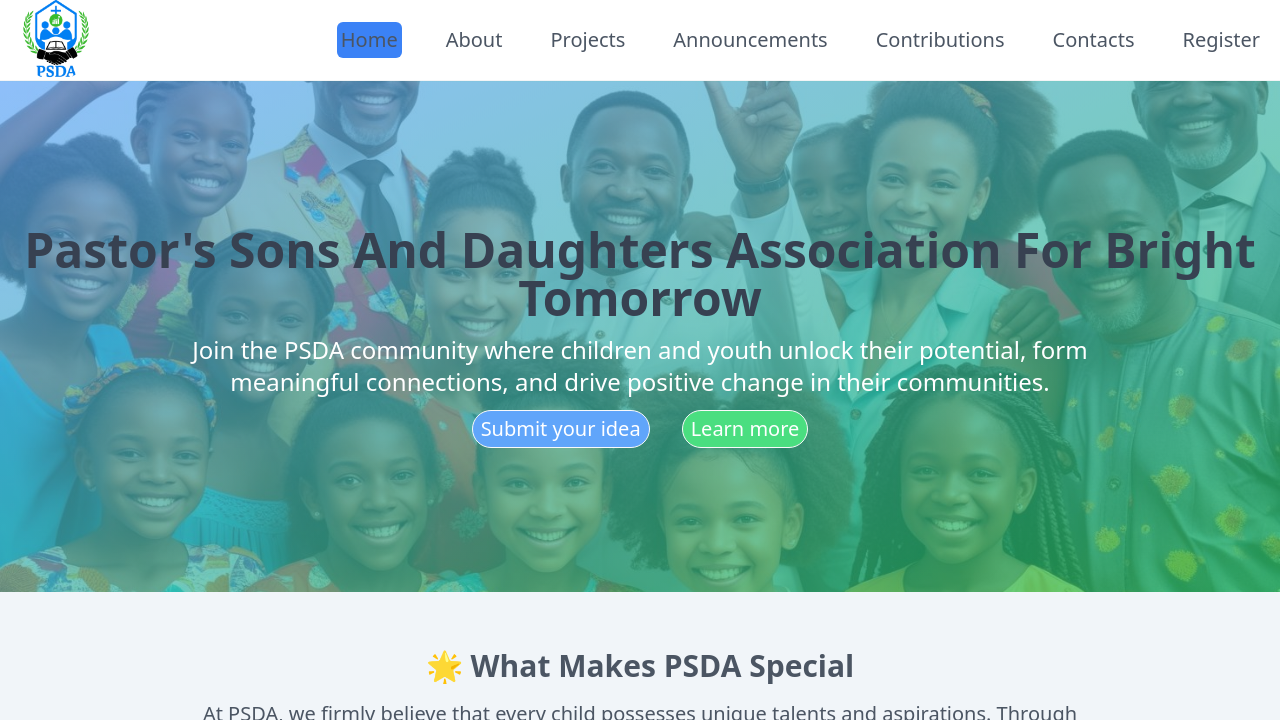
Repository: Zedestar/psda
Page: /
An editor plug-in stored every save of this project. The page is shown before and after the next save, followed by the edit.
The browser window is 1280 px wide. The pictures show the whole page.
An inner scrolling area shows only its first screen. The project was rebuilt for these pictures with package versions that can differ from the ones it lists, and the page was loaded fresh each time. Also part of the build but not shown: src/components/cards/leaders-card.jsx, src/components/cards/secondary-card.jsx, src/components/container/index.jsx, src/pages/about/about-us-data.js, src/pages/about/core-value-data.js, src/pages/about/history-status-data.js, src/pages/about/leaders-data.js, src/pages/about/our-leadership-data.js and 34 more.

Above is the page before, as saved 2025-08-09 13:59:05.

### public/index.html
<!DOCTYPE html>
<html lang="en">
  <head>
    <meta charset="utf-8" />
    <link rel="icon" href="%PUBLIC_URL%/favicon.ico" />
    <meta name="viewport" content="width=device-width, initial-scale=1" />
    <meta name="theme-color" content="#000000" />
    <meta
      name="description"
      content="Web site created using create-react-app"
    />
    <!-- <link rel="apple-touch-icon" href="%PUBLIC_URL%/psdaImage.png" /> -->
    <!-- <link rel="manifest" href="%PUBLIC_URL%/manifest.json" /> -->

    <title>psda</title>
  </head>
  <body>
    <noscript>You need to enable JavaScript to run this app.</noscript>
    <div id="root"></div>

  </body>
</html>

### src/index.js
import React from "react";
import ReactDOM from "react-dom/client";
import App from "./App";
import "./index.css";
import { BrowserRouter } from "react-router-dom";
import GlobalState from "./context";

const root = ReactDOM.createRoot(document.getElementById("root"));
root.render(
  <BrowserRouter>
    <React.StrictMode>
      <GlobalState>
        <App />
      </GlobalState>
    </React.StrictMode>
  </BrowserRouter>
);

### src/App.js
import { Route, Routes } from "react-router-dom";
import Header from "./components/header/header";
import Home from "./pages/home/home";
import AboutPage from "./pages/about/about";
import Projects from "./pages/projects/projects";
import Announcements from "./pages/announcements/announcements";
import Contributions from "./pages/contirbutions/contributions";
import Contacts from "./pages/contacts/contacts";
import Register from "./pages/register/register.jsx";

function App() {
  return (
    <div className="flex flex-col items-center flex-center h-screen  bg-slate-100">
      <Header />
      <Routes>
        <Route path="/" element={<Home />} />
        <Route path="/about" element={<AboutPage />} />
        <Route path="/projects" element={<Projects />} />
        <Route path="/announcements" element={<Announcements />} />
        <Route path="/contributions" element={<Contributions />} />
        <Route path="/contact" element={<Contacts />} />
        <Route path="/register" element={<Register />} />
      </Routes>
    </div>
  );
}

export default App;

### src/context/index.jsx
import { createContext, useEffect, useState } from "react";

export const GlobalContext = createContext(null);

function GlobalState({ children }) {
  const [subHeader, setSubHeader] = useState(false);

  const [active, setActive] = useState(() => {
    const activeTab = localStorage.getItem("activeTab");
    return activeTab ? JSON.parse(activeTab) : 1;
  });

  useEffect(() => {
    localStorage.setItem("activeTab", active);
  }, [active]);
  return (
    <GlobalContext.Provider
      value={{
        subHeader,
        setSubHeader,
        active,
        setActive,
      }}
    >
      {children}
    </GlobalContext.Provider>
  );
}

export default GlobalState;

### src/components/header/header.jsx
import { useContext } from "react";
import headerData from "./header-data";
import HeaderItem from "./header-item";
import psdaImage from "../../assets/images/psdaImage.png";
import { GlobalContext } from "../../context";
import { FaBars, FaTimes } from "react-icons/fa";

function Header() {
  const { active, setActive, subHeader, setSubHeader } =
    useContext(GlobalContext);
  return (
    <div className="w-full shadow-lg bg-white">
      <div className="w-full flex justify-center">
        <header className="w-full flex items-center justify-between px-4  border-b border-b-gray-100 max-w-screen-2xl">
          <div className="text-3xl rounded-full overflow-hidden">
            <img className="h-20 w-20" src={psdaImage} alt="" />
          </div>{" "}
          <ul className="hidden lg:flex justify-center py-5 space-x-10 flex-center">
            {headerData.map((item) => (
              <HeaderItem
                key={item.id}
                item={item}
                active={active}
                setActive={setActive}
              />
            ))}
          </ul>
          <div
            onClick={() => setSubHeader(!subHeader)}
            className="lg:hidden cursor-pointer hover:bg-blue-600 text-gray-600 hover:text-white transition-all duration-300 p-2 rounded-md "
          >
            {subHeader ? <FaTimes /> : <FaBars />}
          </div>
        </header>
      </div>
      {subHeader && (
        <ul className="lg:hidden flex flex-col items-center justify-center my-2 px-4 space-y-1">
          {headerData.map((item) => (
            <HeaderItem
              key={item.id}
              item={item}
              active={active}
              setActive={setActive}
            />
          ))}
        </ul>
      )}
    </div>
  );
}

export default Header;

### src/pages/home/home.jsx
import PrimaryCard from "../../components/cards/primary-card";
import TwoLinesCards from "../../components/cards/two-lines-card";
import HomePic from "../../components/homepic";
import psdaHighlights from "./psda-highlights";
import what_we_do_data from "./what-we-do";
import FullRoundedButton from "../../components/button/full-rounded-button.jsx";
import what_makes_psda_special from "./what_makes_psda_special_data.js";
import FaceCard from "../../components/cards/face-card.jsx";
import GridOrganizerContainer from "../../components/gridOrganizerContainer/index.jsx";
import make_difference_data from "./make_difference_data.js";
import Footer from "../../components/footer/footer.jsx";

function Home() {
  return (
    <div className="w-full h-full overflow-y-scroll">
      <HomePic />
      <div className="flex  items-center justify-center my-14">
        {what_makes_psda_special.map((item) => (
          <FaceCard item={item} />
        ))}
      </div>

      <GridOrganizerContainer>
        {psdaHighlights.map((item) => (
          <PrimaryCard item={item} />
        ))}
      </GridOrganizerContainer>

      <GridOrganizerContainer>
        {what_we_do_data.map((item) => (
          <TwoLinesCards item={item} />
        ))}
      </GridOrganizerContainer>

      <div
        className="h-[50%] flex flex-col items-center justify-center space-y-9 my-14"
        style={{
          backgroundImage:
            "linear-gradient(to bottom right, rgba(96, 165, 250, 0.7), rgba(34, 197, 94, 0.7))",
        }}
      >
        {make_difference_data.map((item) => (
          <FaceCard item={item} />
        ))}
        <div>
          <FullRoundedButton
            text={"Submit your idea"}
            bgColor={"bg-green-400"}
            textColor={"text-white"}
            onClick={null}
          />
        </div>
      </div>
      <Footer />
    </div>
  );
}

export default Home;

### src/components/header/header-data.js
const headerData = [
  {
    id: 1,
    content: "Home",
    link: "/",
  },
  {
    id: 2,
    content: "About",
    link: "/about",
  },
  {
    id: 3,
    content: "Projects",
    link: "/projects",
  },
  {
    id: 4,
    content: "Announcements",
    link: "/announcements",
  },
  {
    id: 5,
    content: "Contributions",
    link: "/contributions",
  },
  {
    id: 6,
    content: "Contacts",
    link: "/contact",
  },
  {
    id: 7,
    content: "Register",
    link: "/register",
  },
];

export default headerData;

### src/components/header/header-item.jsx
import { Link } from "react-router-dom";
import { GlobalContext } from "../../context";
import { useContext } from "react";

function HeaderItem({ item, active, setActive }) {
  const { setSubHeader } = useContext(GlobalContext);
  return (
    <li
      className={`p-1 rounded-md text-xl text-gray-600 font-gray-100 hover:bg-gray-200 transition cursor-pointer w-full ${
        item.id === active ? "bg-blue-500" : ""
      }`}
      onClick={() => {
        setActive(item.id);
        setSubHeader(false);
      }}
    >
      <Link to={item.link}>{item.content}</Link>
    </li>
  );
}

export default HeaderItem;

### src/components/cards/primary-card.jsx
function PrimaryCard({ item }) {
  return (
    <div className="border flex flex-col justify-center mx-4 my-3 space-y-2 px-4 py-6 rounded-lg text-center max-w-lg hover:shadow-lg transition  bg-white">
      <div className="w-full flex items-center justify-center">
        <div
          className={`flex items-center justify-center rounded-full ${item.color} w-16 h-16`}
        >
          {item.icon}
        </div>
      </div>

      <p className={`text-2xl ${item.text_color}`}>{item.title}</p>
      <p className="text-lg">{item.content}</p>
    </div>
  );
}

export default PrimaryCard;

### src/components/cards/two-lines-card.jsx
function TwoLinesCards({ item }) {
  return (
    <div
      className={`flex items-center justify-center flex-col ${item.bgColor} px-5 py-3 m-5 rounded-lg w-64`}
    >
      <p className={`text-3xl font-bold ${item.textColor}`}>{item.number}</p>
      <p className="text-gray-400 ">{item.content}</p>
    </div>
  );
}

export default TwoLinesCards;

### src/components/homepic/index.jsx
import "./index.css";
import FullRoundedButton from "../button/full-rounded-button.jsx";

function HomePic() {
  return (
    <div
      className="h-[80%] flex flex-col items-center justify-center space-y-3"
      style={{
        backgroundImage:
          "linear-gradient(to bottom right, rgba(96, 165, 250, 0.7), rgba(34, 197, 94, 0.7)), url('/images/psdas.jpg')",
        backgroundSize: "cover",
        backgroundPosition: "center",
        backgroundColor: "line",
      }}
    >
      <p className="block w-full text-center text-3xl md:text-4xl lg:text-5xl font-semibold text-gray-700">
        Pastor's Sons And Daughters Association For Bright Tomorrow
      </p>
      <p className="block w-full md:w-[80%] text-center text-lg md:text-xl lg:text-2xl text-white">
        Join the PSDA community where children and youth unlock their potential,
        form meaningful connections, and drive positive change in their
        communities.
      </p>
      <div>
        <FullRoundedButton
          text={"Submit your idea"}
          bgColor={"bg-blue-400"}
          textColor={"text-white"}
          onClick={null}
        />
        <FullRoundedButton
          text={"Learn more"}
          bgColor={"bg-green-400"}
          textColor={"text-white"}
          onClick={null}
        />
      </div>
    </div>
  );
}

export default HomePic;

### src/pages/home/psda-highlights.js
import {
  FaUsers,
  FaPalette,
  FaLaptopCode,
  //   GiProgression,
  FaChild,
} from "react-icons/fa";

const psdaHighlights = [
  {
    id: 1,
    title: "Community Building",
    content:
      "We connect young people to form lasting friendships and supportive peer networks that strengthen communities.",
    icon: <FaUsers className="text-4xl text-blue-400" />,
    color: "bg-blue-50",
    text_color: "text-gray-500",
  },
  {
    id: 2,
    title: "Creative Projects",
    content:
      "Our programs encourage hands-on learning through art, technology, and community improvement initiatives.",
    icon: <FaPalette className="text-4xl text-blue-400" />,
    color: "bg-blue-50",
    text_color: "text-gray-500",
  },
  {
    id: 3,
    title: "Character Development",
    content:
      "We help children build confidence, leadership skills, and positive values that prepare them for life’s challenges.",
    icon: <FaLaptopCode className="text-4xl text-blue-400" />,
    color: "bg-blue-50",
    text_color: "text-gray-500",
  },
  {
    id: 4,
    title: "Achievement Recognition",
    content:
      "We celebrate every milestone and accomplishment to inspire pride, motivation, and continued growth.",
    icon: <FaChild className="text-4xl text-blue-400" />,
    color: "bg-blue-50",
    text_color: "text-gray-500",
  },
];

export default psdaHighlights;

### src/pages/home/what-we-do.js
const what_we_do_data = [
  {
    id: 1,
    number: "2021",
    content: "Founded",
    textColor: "text-blue-400",
    bgColor: "bg-blue-100",
  },
  {
    id: 2,
    number: "25+",
    content: "Projects",
    textColor: "text-green-300",
    bgColor: "bg-green-50",
  },
  {
    id: 1,
    number: "2021",
    content: "Founded",
    textColor: "text-orange-400",
    bgColor: "bg-orange-100",
  },
  {
    id: 1,
    number: "2021",
    content: "Founded",
    textColor: "text-rose-400",
    bgColor: "bg-rose-100",
  },
];

export default what_we_do_data;

### src/components/button/full-rounded-button.jsx
function FullRoundedButton({ text, bgColor, textColor, onClick }) {
  return (
    <button
      className={`${bgColor} py-1 px-2 mx-4 ${textColor} text-sm md:text-md lg:text-xl border border-gray-50 rounded-full hover:scale-105 transition duration:300`}
      onClick={onClick}
    >
      {text}{" "}
    </button>
  );
}

export default FullRoundedButton;

### src/pages/home/what_makes_psda_special_data.js
const what_makes_psda_special = [
  {
    title: "🌟 What Makes PSDA Special",
    description:
      "At PSDA, we firmly believe that every child possesses unique talents and aspirations. Through our thoughtfully crafted programs, we are committed to nurturing individual growth, inspiring creativity, and fostering strong, lasting connections within the community.",
  },
];

export default what_makes_psda_special;

### src/components/cards/face-card.jsx
function FaceCard({ item }) {
  return (
    <div className="space-y-4 flex flex-col items-center justify-center">
      <p className="text-xl lg:text-3xl w-[80%] font-bold text-gray-600 text-center">
        {item.title}
      </p>
      <p className="text-md lg:text-xl w-full md:w-[70%] text-center text-gray-600">
        {item.description}
      </p>
    </div>
  );
}

export default FaceCard;

### src/components/gridOrganizerContainer/index.jsx
function GridOrganizerContainer({ children }) {
  return (
    <div className="flex items-center justify-center my-14">
      <div className="grid grid-cols-1 md:grid-cols-2 lg:grid-cols-3 max-w-screen-2xl">
        {children}
      </div>
    </div>
  );
}

export default GridOrganizerContainer;

### src/pages/home/make_difference_data.js
const make_difference_data = [
  {
    title: "Inspired to Make a Difference with PSDA",
    description:
      "Be part of a passionate community where children and youth unlock their potential, lead meaningful projects, and shape a brighter future for all. With PSDA, your journey of growth, connection, and impact begins today.",
  },
];

export default make_difference_data;

### src/components/footer/footer.jsx
import followUsData from "./followUsData";
import contactInfoData from "./contactUsData";
import headerData from "../header/header-data";
import { GlobalContext } from "../../context";
import { Link } from "react-router-dom";
import { useContext } from "react";

function Footer() {
  const { setActive } = useContext(GlobalContext);
  return (
    <div className="w-full flex flex-col text-md md:text-lg text-gray-600 space-y-4 py-2 px-6 border-t-2">
      <div className="grid xs:grid-cols-1  sm:grid-cols-2 md:grid-cols-4 my-3 gap-4">
        <div>
          <p className="font-bold">PSDA</p>
          <p>
            Empowering children and youth to create positive change in their
            communities through education, collaboration, and meaningful
            projects
          </p>
        </div>
        <div>
          <p className="font-bold">Quick Link</p>
          <ul className="space-y-1">
            {headerData.map((item) => (
              <li key={item.id} className="hover:underline">
                <Link to={item.link} onClick={() => setActive(item.id)}>
                  {item.content}
                </Link>
              </li>
            ))}
          </ul>
        </div>
        <div>
          <p className="font-bold">Contact</p>
          <ul className="space-y-1">
            {contactInfoData.map((item) => (
              <li key={item.id} className="flex items-center space-x-2">
                {item.icon}
                <a href={item.link} target="_blank" rel="noopener noreferrer">
                  {item.label}
                </a>
              </li>
            ))}
          </ul>
        </div>
        <div>
          <p className="font-bold">Follow us</p>
          <ul className="space-y-1">
            {followUsData.map((item) => (
              <li key={item.id} className="flex items-center space-x-2">
                {item.IconBase}
                <a href={item.link} target="_blank" rel="noopener noreferrer">
                  {item.name}
                </a>
              </li>
            ))}
          </ul>
        </div>
      </div>
      <hr className="bg-blue-500"></hr>
      <div className="flex justify-between items-center">
        <div> PSDA Community. All rights reserved</div>
        <div>Privacy policy Term of service</div>
      </div>
    </div>
  );
}

export default Footer;

### src/pages/about/mission-vission-impact.js
import { AiOutlineAim, AiOutlineEye, AiOutlineHeart } from "react-icons/ai";

const mission_vission_impact_data = [
  {
    id: 1,
    title: "Our mission",
    content:
      "We envision a generation of spiritually grounded, socially responsible, and purpose-driven leaders from pastoral families who carry forward a legacy of faith, compassion, and community influence.",

    icon: <AiOutlineAim className="text-3xl text-green-500" />,
    color: "bg-green-50",
    text_color: "text-green-500",
  },
  {
    id: 2,
    title: "Our vision",
    content:
      "We exist to empower pastors’ children through mentorship, discipleship, skill-building, and fellowship—equipping them to thrive in every area of life and fulfill their divine calling.",
    icon: <AiOutlineEye className="text-3xl text-blue-500" />,
    color: "bg-blue-50",
    text_color: "text-blue-500",
  },
  {
    id: 3,
    title: "Our impact",
    content:
      "Through impactful programs and community-building initiatives, P.S.D.A. is restoring identity, building leadership, and inspiring pastors’ children to walk boldly in purpose while honoring their heritage.",
    icon: <AiOutlineHeart className="text-3xl text-orange-400" />,
    color: "bg-orange-50",
    text_color: "text-orange-500",
  },
];

export default mission_vission_impact_data;

### src/pages/contirbutions/other_way_to_support_us_card_data.js
import {
  AiOutlineTeam,
  AiOutlineHeart,
  AiOutlineApartment,
} from "react-icons/ai";

const other_way_to_support_us_card_data = [
  {
    id: 1,
    icon: <AiOutlineTeam className="text-4xl text-blue-500 " />,
    title: "Volunteer Your Time",
    content: "Share your skills and passion with our community members.",
    buttonText: "Learn About Volunteering",
    cardBgColor: "bg-gray-200",
  },
  {
    id: 2,
    icon: <AiOutlineHeart className="text-4xl text-blue-500" />,
    title: "Spread the Word",
    content: "Help us reach more families by sharing our mission.",
    buttonText: "Share Our Story",
    cardBgColor: "bg-gray-200",
  },
  {
    id: 3,
    icon: <AiOutlineApartment className="text-4xl text-blue-500" />,
    title: "Corporate Partnership",
    content: "Partner with us for employee engagement and community impact.",
    buttonText: "Explore Partnership",
    cardBgColor: "bg-gray-200",
  },
];

export default other_way_to_support_us_card_data;

### src/pages/contirbutions/method_of_contributing.js
import { AiOutlineBank, AiOutlinePhone, AiOutlineApi } from "react-icons/ai";

const method_of_contributing = [
  {
    id: 1,
    icon: <AiOutlineApi className="text-3xl text-blue-500" />,
    title: "Online Donation",
    content: "Secure online payments via credit card or PayPal",
    buttonText: "Donate Now",
    cardBgColor: "bg-white",
  },
  {
    id: 2,
    icon: <AiOutlinePhone className="text-3xl text-blue-500" />,
    title: "Mobile Money",
    content: "M-Pesa, Airtel Money, Mixx By Yas, Halo-Pesa",
    buttonText: "Send Payment",
    cardBgColor: "bg-white",
  },
  {
    id: 3,
    icon: <AiOutlineBank className="text-3xl text-blue-500" />,
    title: "Bank Transfer",
    content: "Direct bank transfer to our community account",
    buttonText: "Get Details",
    cardBgColor: "bg-white",
  },
];

export default method_of_contributing;

//  id: 1,
//     icon: <AiOutlineTeam className="text-4xl text-blue-500 " />,
//     title: "Volunteer Your Time",
//     content: "Share your skills and passion with our community members.",
//     buttonText: "Learn About Volunteering",
//     cardBgColor: "bg-transparent",

### src/pages/contacts/contact-data.js
import { AiOutlineAim, AiOutlineMessage, AiOutlinePhone } from "react-icons/ai";

const contactData = [
  {
    id: 1,
    icon: <AiOutlineMessage className="text-4xl text-blue-400 " />,
    title: "Email Us",
    subTitle: "info@psda.org",
    content: "Send us an email and we'll respond within 24 hours",
    buttonText: "Send Email",
    cardBgColor: "bg-gray-200",
  },
  {
    id: 2,
    icon: <AiOutlinePhone className="text-4xl text-blue-400" />,
    title: "Call Us",
    subTitle: "+255 674 723515",
    content: "Speak with our team Monday-Friday, 9 AM - 5 PM",
    buttonText: "Call Now",
    cardBgColor: "bg-gray-200",
  },
  {
    id: 3,
    icon: <AiOutlineAim className="text-4xl text-blue-400" />,
    title: "Visit Us",
    subTitle: "Morogoro Manzese, street 123",
    content: "Drop by our community center during operating hours",
    buttonText: "Get Directions",
    cardBgColor: "bg-gray-200",
  },
];

export default contactData;

### src/components/footer/followUsData.js
import {
  FaTiktok,
  FaFacebookF,
  FaWhatsapp,
  FaTwitter,
  FaInstagram,
} from "react-icons/fa";

const followUsData = [
  {
    id: 1,
    IconBase: <FaTiktok className="text-blue-400" />,
    name: "TikTok",
    link: "https://www.tiktok.com/@psda_org",
  },
  {
    id: 2,
    IconBase: <FaFacebookF className="text-blue-400" />,
    name: "Facebook",
    link: "https://www.facebook.com/psda_org",
  },
  {
    id: 3,
    IconBase: <FaWhatsapp className="text-blue-400" />,
    name: "WhatsApp",
    link: "https://wa.me/+255672743515",
  },
  {
    id: 4,
    IconBase: <FaTwitter className="text-blue-400" />,
    name: "Twitter",
    link: "https://twitter.com/psda_org",
  },
  {
    id: 5,
    IconBase: <FaInstagram className="text-blue-400" />,
    name: "Instagram",
    link: "https://www.instagram.com/psda_org",
  },
];

export default followUsData;

### src/components/footer/contactUsData.js
import { FaEnvelope, FaPhoneAlt, FaMapMarkerAlt } from "react-icons/fa";

const contactInfoData = [
  {
    id: 1,
    icon: <FaEnvelope className="text-blue-400" />,
    label: "info@psda.org",
    link: "mailto:info@psda.org",
  },
  {
    id: 2,
    icon: <FaPhoneAlt className="text-blue-400" />,
    label: "+255 784 584 231",
    link: "tel:+255784584231",
  },
  {
    id: 3,
    icon: <FaMapMarkerAlt className="text-blue-400" />,
    label: "123 Morogoro Manzese",
    link: null, // could add Google Maps if desired
  },
];

export default contactInfoData;

### tailwind.config.js
/** @type {import('tailwindcss').Config} */
module.exports = {
  content: ["./src/**/*.{js,jsx,ts,tsx}"],
  theme: {
    extend: {
      colors: {
        psdaGreen: "#1A8F57",
      },
    },
  },
  plugins: [],
};

Loaded but not shown: src/index.css (common file); src/pages/about/core-objective-goals-data.js (57 lines, source omitted); src/components/homepic/index.css (no stored copy; drawn as an empty file)

After the next save:
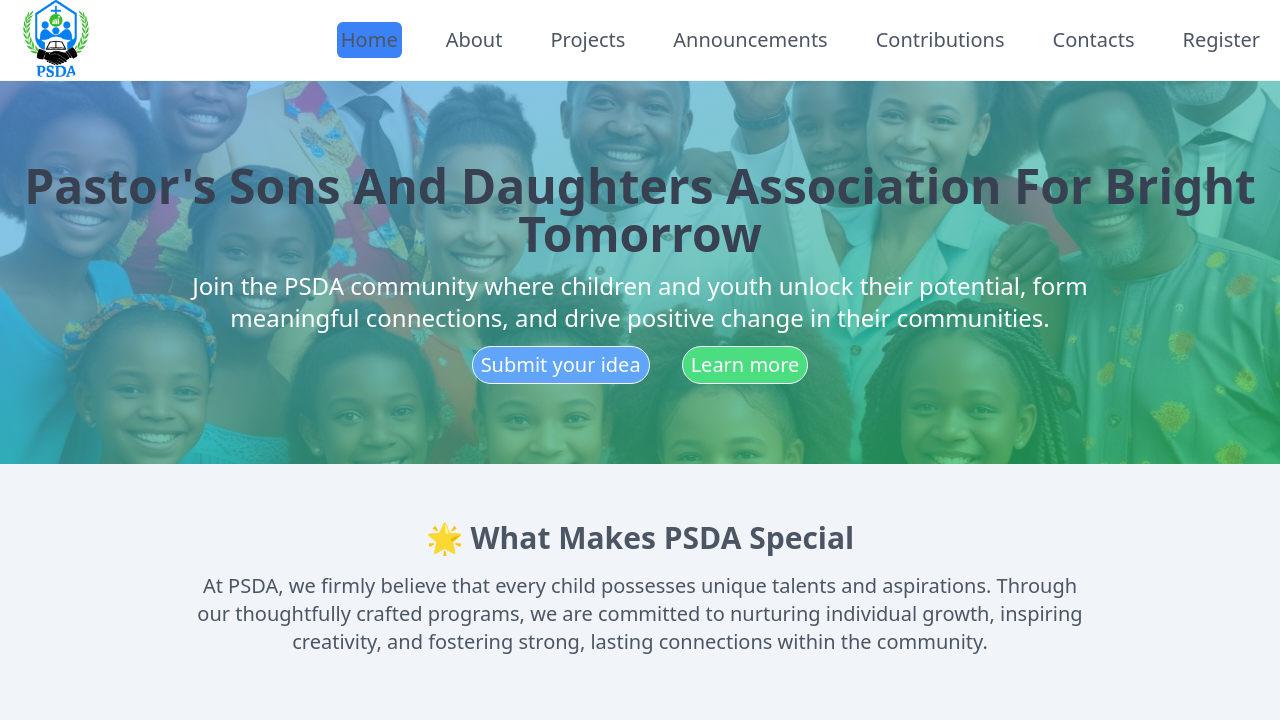
Saved 52 s later.
--- a/src/components/homepic/index.jsx
+++ b/src/components/homepic/index.jsx
@@ -4,7 +4,7 @@ import FullRoundedButton from "../button/full-rounded-button.jsx";
 function HomePic() {
   return (
     <div
-      className="h-[80%] flex flex-col items-center justify-center space-y-3"
+      className="h-[60%] flex flex-col items-center justify-center space-y-3"
       style={{
         backgroundImage:
           "linear-gradient(to bottom right, rgba(96, 165, 250, 0.7), rgba(34, 197, 94, 0.7)), url('/images/psdas.jpg')",
